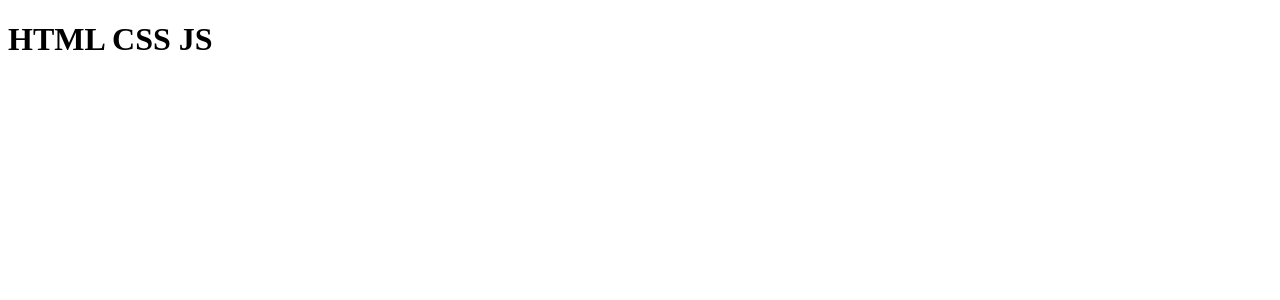
Repository: ufanodev/responsive-1
Page: index.html
An editor plug-in stored every save of this project. The page is shown before and after the next save, followed by the edit.
The browser window is 1280 px wide. The pictures show the whole page.

Above is the page before, as saved 2022-12-09 21:01:06.
Not found: app.js
Not found: style.css

After the next save:
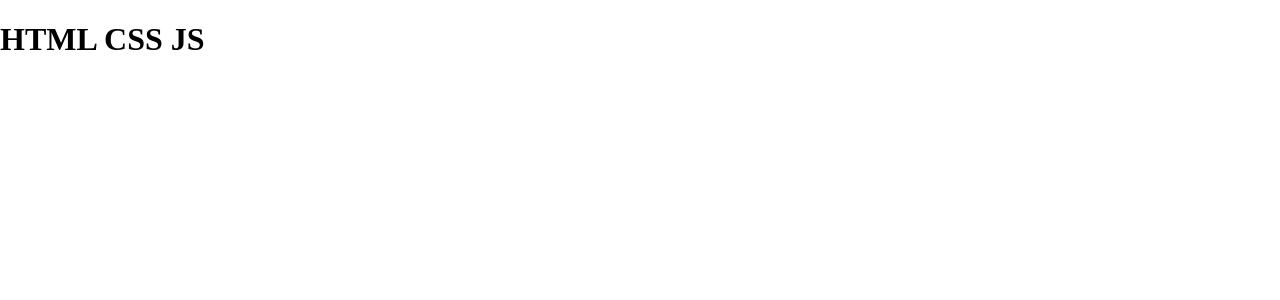
Not found: js/app.js
Saved 37 s later.
--- a/index.html
+++ b/index.html
@@ -5,10 +5,10 @@
     <meta name="viewport" content="width=device-width, initial-scale=1.0">
     <meta http-equiv="X-UA-Compatible" content="ie=edge">
     <title>HTML Responsive</title>
-    <link rel="stylesheet" href="style.css">
+    <link rel="stylesheet" href="./css/style.css">
   </head>
   <body>
     <h1>HTML CSS JS</h1>
-	<script src="app.js"></script>
+	<script src="./js/app.js"></script>
   </body>
 </html>
